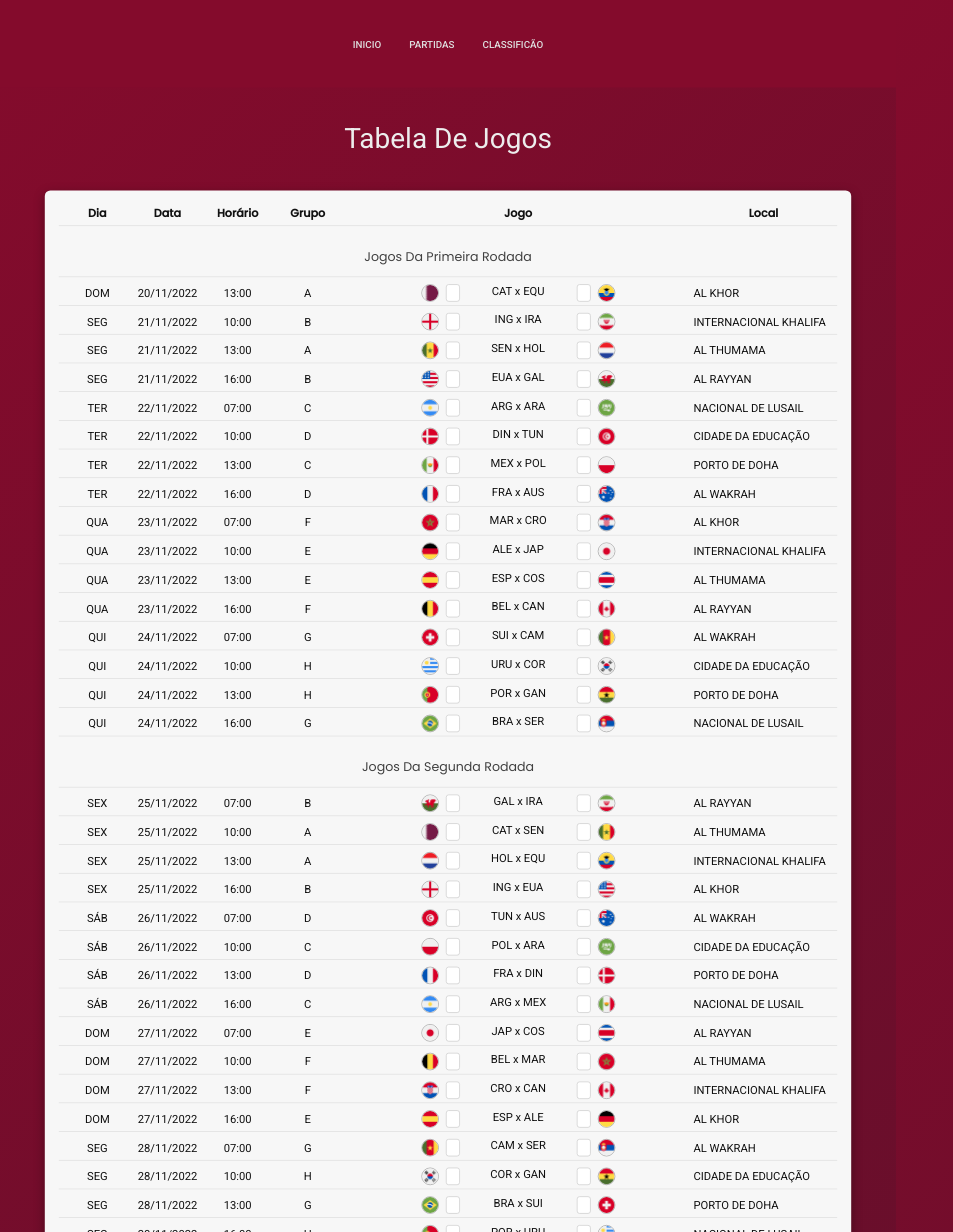
Repository: mayconndouglass/cup-simulator
Page: index.html
The author's editor kept a copy of each file at every save. The page is drawn from the files as they stood at one save, then again after the next save.
The browser window is 1280 px wide. The page is 1362 px wide, then 1280 px, so the pictures cover 1362 px, including what lies to the right of the window. The pictures show the part of the page from y = 0 to 1760 px (the page is 6091 px tall before and 720 px after), at 70% of full size.

Above is the page before, as saved 2023-01-10 08:46:08.

### index.html
<!DOCTYPE html>
<html lang="pt-br">

<head>
  <meta charset="UTF-8">
  <meta http-equiv="X-UA-Compatible" content="IE=edge">
  <meta name="viewport" content="width=device-width, initial-scale=1.0">
  <link rel="stylesheet" href="./css/initial_page.css">
  <link rel="stylesheet" href="./css/style.css">
  <title>Copa Do Mundo</title>
</head>

<body>
  <header>
    <nav>
      <span class="hamburguer"></span>
      <ul id="menu">
        <li><a href="./initial_page.html">INICIO</a></li>
        <li><a href="./index.html">PARTIDAS</a></li>
        <li><a>CLASSIFICÃO</a></li>
      </ul>
    </nav>
  </header>

  <section class="container-table">
    <h2 id="title-table">Tabela De Jogos</h2>

    <section class="table-games">
      <div class="game title">
        <span>Dia</span>
        <span>Data</span>
        <span>Horário</span>
        <span>Grupo</span>
        <div class="confrontation">
          <span></span>
          <span>Jogo</span>
          <span></span>

        </div>
        <span>Local</span>
      </div>
      <h3>Jogos Da Primeira Rodada</h3>
    </section>
  </section>

  <section class="container-classification">
    <h2 id="title-table">Classificação</h2>

    <section class="classification">
      <div id="1" class="table-classification">
        <h3>Grupo A</h3>
        <div class="teams-classification  head-classi">
          <span class="first-line equipe">Equipe</span>
          <span class="points">PTS</span>
          <span>PJ</span>
          <span>VIT</span>
          <span>E</span>
          <span>DER</span>
          <span>GM</span>
          <span>GC</span>
          <span>SG</span>
        </div>
      </div>

      <div id="2" class="table-classification">
        <h3>Grupo B</h3>
        <div class="teams-classification  head-classi">
          <span class="first-line equipe">Equipe</span>
          <span class="points">PTS</span>
          <span>PJ</span>
          <span>VIT</span>
          <span>E</span>
          <span>DER</span>
          <span>GM</span>
          <span>GC</span>
          <span>SG</span>
        </div>
      </div>

      <div id="3" class="table-classification ">
        <h3>Grupo C</h3>
        <div class="teams-classification  head-classi">
          <span class="first-line equipe">Equipe</span>
          <span class="points">PTS</span>
          <span>PJ</span>
          <span>VIT</span>
          <span>E</span>
          <span>DER</span>
          <span>GM</span>
          <span>GC</span>
          <span>SG</span>
        </div>
      </div>

      <div id="4" class="table-classification ">
        <h3>Grupo D</h3>
        <div class="teams-classification  head-classi">
          <span class="first-line equipe">Equipe</span>
          <span class="points">PTS</span>
          <span>PJ</span>
          <span>VIT</span>
          <span>E</span>
          <span>DER</span>
          <span>GM</span>
          <span>GC</span>
          <span>SG</span>
        </div>
      </div>

      <div id="5" class="table-classification ">
        <h3>Grupo E</h3>
        <div class="teams-classification  head-classi">
          <span class="first-line equipe">Equipe</span>
          <span class="points">PTS</span>
          <span>PJ</span>
          <span>VIT</span>
          <span>E</span>
          <span>DER</span>
          <span>GM</span>
          <span>GC</span>
          <span>SG</span>
        </div>
      </div>

      <div id="6" class="table-classification ">
        <h3>Grupo F</h3>
        <div class="teams-classification  head-classi">
          <span class="first-line equipe">Equipe</span>
          <span class="points">PTS</span>
          <span>PJ</span>
          <span>VIT</span>
          <span>E</span>
          <span>DER</span>
          <span>GM</span>
          <span>GC</span>
          <span>SG</span>
        </div>
      </div>

      <div id="7" class="table-classification ">
        <h3>Grupo G</h3>
        <div class="teams-classification  head-classi">
          <span class="first-line equipe">Equipe</span>
          <span class="points">PTS</span>
          <span>PJ</span>
          <span>VIT</span>
          <span>E</span>
          <span>DER</span>
          <span>GM</span>
          <span>GC</span>
          <span>SG</span>
        </div>
      </div>

      <div id="8" class="table-classification ">
        <h3>Grupo H</h3>
        <div class="teams-classification  head-classi">
          <span class="first-line equipe">Equipe</span>
          <span class="points">PTS</span>
          <span>PJ</span>
          <span>VIT</span>
          <span>E</span>
          <span>DER</span>
          <span>GM</span>
          <span>GC</span>
          <span>SG</span>
        </div>
      </div>
    </section>
  </section>

  <section class="container-qualifiers">
    <h2 id="title-table">Eliminatórias</h2>

    <section class="octaves-container">
      <div class="decorative-title">
        <img class="left" src="./imgdeco/decorative2.png" alt="">
        <h5>Oitavas De Finais</h5>
        <img class="right" src="./imgdeco/decorative2.png" alt="">
      </div>

      <section class="qualifiers" data-order="1">
        <div>
          <div class="title-qualifiers">
            <h4>Oitavas 1</h4>
          </div>
          <div class="date-qualifiers">
            <span class="person">SÁB</span>
            <span>04/12/20022</span>
            <span class="person">12:00</span>
          </div>
        </div>
        <div class="qualifier-match">
          <span class="qualifier-team-one" style="display: flex;" data-flag="1"></span>
          <span><input type="number" data-octave="1"></span>
          <span class="penalti hiddenFields"><input type="number" data-penalty="1"></span>
          <span data-elimination="1" data-confronOctave="1">A1 x B2</span>
          <span class="penalti hiddenFields"><input type="number" data-penalty="1"></span>
          <span><input type="number" data-octave="1"></span>
          <span clas="qualifier-team-two" style="display: flex;" data-flag="1"></span>
        </div>
        <span class="message hidden" data-message="1">Penalidades não podem terminar empatadas</span>
        <div class="qualifier-local">INTERNACIONAL KHALIFA</div>
      </section>

      <section class="qualifiers" data-order="3">
        <div>
          <div class="title-qualifiers">
            <h4>Oitavas 2</h4>
          </div>
          <div class="date-qualifiers">
            <span class="person">SÁB</span>
            <span>03/12/20022</span>
            <span class="person">16:00</span>
          </div>
        </div>
        <div class="qualifier-match">
          <span class="qualifier-team-one" style="display: flex;" data-flag="3"></span>
          <span><input type="number" data-octave="2"></span>
          <span class="penalti hiddenFields"><input type="number" data-penalty="2"></span>
          <span data-elimination="3" data-confronOctave="2">C1 x D2</span>
          <span class="penalti hiddenFields"><input type="number" data-penalty="2"></span>
          <span><input type="number" data-octave="2"></span>
          <span clas="qualifier-team-two" style="display: flex;" data-flag="3"></span>
        </div>
        <span class="message hidden" data-message="2">Penalidades não podem terminar empatadas</span>
        <div class="qualifier-local">AL RAYYAN</div>
      </section>

      <section class="qualifiers" data-order="4">
        <div>
          <div class="title-qualifiers">
            <h4>Oitavas 3</h4>
          </div>
          <div class="date-qualifiers">
            <span class="person">DOM</span>
            <span>04/12/20022</span>
            <span class="person">12:00</span>
          </div>
        </div>
        <div class="qualifier-match">
          <span class="qualifier-team-one" style="display: flex;" data-flag="4"></span>
          <span><input type="number" data-octave="3"></span>
          <span class="penalti hiddenFields"><input type="number" data-penalty="3"></span>
          <span data-elimination="4" data-confronOctave="3">D1 x C2</span>
          <span class="penalti hiddenFields"><input type="number" data-penalty="3"></span>
          <span><input type="number" data-octave="3"></span>
          <span clas="qualifier-team-two" style="display: flex;" data-flag="4"></span>
        </div>
        <span class="message hidden" data-message="3">Penalidades não podem terminar empatadas</span>
        <div class="qualifier-local">AL THUMAMA</div>
      </section>

      <section class="qualifiers" data-order="2">
        <div>
          <div class="title-qualifiers">
            <h4>Oitavas 4</h4>
          </div>
          <div class="date-qualifiers">
            <span class="person">DOM</span>
            <span>04/12/20022</span>
            <span class="person">16:00</span>
          </div>
        </div>
        <div class="qualifier-match">
          <span class="qualifier-team-one" style="display: flex;" data-flag="2"></span>
          <span><input type="number" data-octave="4"></span>
          <span class="penalti hiddenFields"><input type="number" data-penalty="4"></span>
          <span data-elimination="2" data-confronOctave="4">B1 x A2</span>
          <span class="penalti hiddenFields"><input type="number" data-penalty="4"></span>
          <span><input type="number" data-octave="4"></span>
          <span clas="qualifier-team-two" style="display: flex;" data-flag="2"></span>
        </div>
        <span class="message hidden" data-message="4">Penalidades não podem terminar empatadas</span>
        <div class="qualifier-local">AL BAYT</div>
      </section>

      <section class="qualifiers" data-order="5">
        <div>
          <div class="title-qualifiers">
            <h4>Oitavas 5</h4>
          </div>
          <div class="date-qualifiers">
            <span class="person">SEG</span>
            <span>05/12/20022</span>
            <span class="person">12:00</span>
          </div>
        </div>
        <div class="qualifier-match">
          <span class="qualifier-team-one" style="display: flex;" data-flag="5"></span>
          <span><input type="number" data-octave="5"></span>
          <span class="penalti hiddenFields"><input type="number" data-penalty="5"></span>
          <span data-elimination="5" data-confronOctave="5">E1 x F2</span>
          <span class="penalti hiddenFields"><input type="number" data-penalty="5"></span>
          <span><input type="number" data-octave="5"></span>
          <span clas="qualifier-team-two" style="display: flex;" data-flag="5"></span>
        </div>
        <span class="message hidden" data-message="5">Penalidades não podem terminar empatadas</span>
        <div class="qualifier-local">AL JANOUB</div>
      </section>

      <section class="qualifiers" data-order="7">
        <div>
          <div class="title-qualifiers">
            <h4>Oitavas 6</h4>
          </div>
          <div class="date-qualifiers">
            <span class="person">SEG</span>
            <span>05/12/20022</span>
            <span class="person">16:00</span>
          </div>
        </div>
        <div class="qualifier-match">
          <span class="qualifier-team-one" style="display: flex;" data-flag="7"></span>
          <span><input type="number" data-octave="6"></span>
          <span class="penalti hiddenFields"><input type="number" data-penalty="6"></span>
          <span data-elimination="7" data-confronOctave="6">G1 x H2</span>
          <span class="penalti hiddenFields"><input type="number" data-penalty="6"></span>
          <span><input type="number" data-octave="6"></span>
          <span clas="qualifier-team-two" style="display: flex;" data-flag="7"></span>
        </div>
        <span class="message hidden" data-message="6">Penalidades não podem terminar empatadas</span>
        <div class="qualifier-local">STADIUM 974</div>
      </section>

      <section class="qualifiers" data-order="6">
        <div>
          <div class="title-qualifiers">
            <h4>Oitavas 7</h4>
          </div>
          <div class="date-qualifiers">
            <span class="person">TER</span>
            <span>06/12/20022</span>
            <span class="person">12:00</span>
          </div>
        </div>
        <div class="qualifier-match">
          <span class="qualifier-team-one" style="display: flex;" data-flag="6"></span>
          <span><input type="number" data-octave="7"></span>
          <span class="penalti hiddenFields"><input type="number" data-penalty="7"></span>
          <span data-elimination="6" data-confronOctave="7">F1 x E2</span>
          <span class="penalti hiddenFields"><input type="number" data-penalty="7"></span>
          <span><input type="number" data-octave="7"></span>
          <span clas="qualifier-team-two" style="display: flex;" data-flag="6"></span>
        </div>
        <span class="message hidden" data-message="7">Penalidades não podem terminar empatadas</span>
        <div class="qualifier-local">CIDADE DA EDUCAÇÃOS</div>
      </section>

      <section class="qualifiers" data-order="8">
        <div>
          <div class="title-qualifiers">
            <h4>Oitavas 8</h4>
          </div>
          <div class="date-qualifiers">
            <span class="person">TER</span>
            <span>06/12/20022</span>
            <span class="person">16:00</span>
          </div>
        </div>
        <div class="qualifier-match">
          <span class="qualifier-team-one" style="display: flex;" data-flag="8"></span>
          <span><input type="number" data-octave="8"></span>
          <span class="penalti hiddenFields"><input type="number" data-penalty="8"></span>
          <span data-elimination="8" data-confronOctave="8">H1 x G2</span>
          <span class="penalti hiddenFields"><input type="number" data-penalty="8"></span>
          <span><input type="number" data-octave="8"></span>
          <span clas="qualifier-team-two" style="display: flex;" data-flag="8"></span>
        </div>
        <span class="message hidden" data-message="8">Penalidades não podem terminar empatadas</span>
        <div class="qualifier-local">NACIONAL LUSAIL</div>
      </section>

      <div class="green-right">
        <img src="./imgdeco/campo.png" alt="">
      </div>
    </section>

    <section class="quarterfinals">
      <div class="decorative-title">
        <img class="left" src="./imgdeco/decorative2.png" alt="">
        <h5>Quartas De Finais</h5>
        <img class="right" src="./imgdeco/decorative2.png" alt="">
      </div>

      <section class="qualifiers">
        <div>
          <div class="title-qualifiers">
            <h4>Quartas 1</h4>
          </div>
          <div class="date-qualifiers">
            <span class="person">SEX</span>
            <span>09/12/20022</span>
            <span class="person">12:00</span>
          </div>
        </div>
        <div class="qualifier-match">
          <span class="qualifier-team-one" data-flag="3" style="display: flex;"></span>
          <span><input type="number" data-quarterfinalresult="1"></span>
          <span class="penalti hiddenFields"><input type="number" data-penalty="1"></span>
          <span data-orderQuarterfinals="3" data-quarterfinal="4" data-confron="1">OIT5 x OIT6</span>
          <span class="penalti hiddenFields"><input type="number" data-penalty="1"></span>
          <span><input type="number" data-quarterfinalresult="1"></span>
          <span clas="qualifier-team-two" data-flag="3" style="display: flex;"></span>
        </div>
        <span class="message hidden" data-message="1">Penalidades não podem terminar empatadas</span>
        <div class="qualifier-local">CIDADE DA EDUCAÇÃO</div>
      </section>

      <section class="qualifiers">
        <div>
          <div class="title-qualifiers">
            <h4>Quartas 2</h4>
          </div>
          <div class="date-qualifiers">
            <span class="person">SEX</span>
            <span>09/12/20022</span>
            <span class="person">16:00</span>
          </div>
        </div>
        <div class="qualifier-match">
          <span class="qualifier-team-one" data-flag="1" style="display: flex;"></span>
          <span><input type="number" data-quarterfinalresult="2"></span>
          <span class="penalti hiddenFields"><input type="number" data-penalty="2"></span>
          <span data-orderQuarterfinals="1" data-quarterfinal="3" data-confron="2">OIT1 x OIT2</span>
          <span class="penalti hiddenFields"><input type="number" data-penalty="2"></span>
          <span><input type="number" data-quarterfinalresult="2"></span>
          <span clas="qualifier-team-two" data-flag="1" style="display: flex;"></span>
        </div>
        <span class="message hidden" data-message="2">Penalidades não podem terminar empatadas</span>
        <div class="qualifier-local">NACIONAL DE LUSAIL</div>
      </section>

      <section class="qualifiers">
        <div>
          <div class="title-qualifiers">
            <h4>Quartas 3</h4>
          </div>
          <div class="date-qualifiers">
            <span class="person">SÁB</span>
            <span>10/12/20022</span>
            <span class="person">12:00</span>
          </div>
        </div>
        <div class="qualifier-match">
          <span class="qualifier-team-one" data-flag="2" style="display: flex;"></span>
          <span><input type="number" data-quarterfinalresult="3"></span>
          <span class="penalti hiddenFields"><input type="number" data-penalty="3"></span>
          <span data-orderQuarterfinals="2" data-quarterfinal="1" data-confron="3">OIT7 x OIT8</span>
          <span class="penalti hiddenFields"><input type="number" data-penalty="3"></span>
          <span><input type="number" data-quarterfinalresult="3"></span>
          <span clas="qualifier-team-two" data-flag="2" style="display: flex;"></span>
        </div>
        <span class="message hidden" data-message="3">Penalidades não podem terminar empatadas</span>
        <div class="qualifier-local">AL THUMAMA</div>
      </section>

      <section class="qualifiers">
        <div>
          <div class="title-qualifiers">
            <h4>Quartas 4</h4>
          </div>
          <div class="date-qualifiers">
            <span class="person">SÁB</span>
            <span>10/12/20022</span>
            <span class="person">16:00</span>
          </div>
        </div>
        <div class="qualifier-match">
          <span class="qualifier-team-one" data-flag="4" style="display: flex;"></span>
          <span><input type="number" data-quarterfinalresult="4"></span>
          <span class="penalti hiddenFields"><input type="number" data-penalty="4"></span>
          <span data-orderQuarterfinals="4" data-quarterfinal="2" data-confron="4">OIT3 x OIT4</span>
          <span class="penalti hiddenFields"><input type="number" data-penalty="4"></span>
          <span><input type="number" data-quarterfinalresult="4"></span>
          <span clas="qualifier-team-two" data-flag="4" style="display: flex;"></span>
        </div>
        <span class="message hidden" data-message="4">Penalidades não podem terminar empatadas</span>
        <div class="qualifier-local">AL KHOR</div>
      </section>

      <div class="green-right">
        <img src="./imgdeco/campo.png" alt="">
      </div>
    </section>

    <section class="semifinals">
      <div class="decorative-title">
        <img class="left" src="./imgdeco/decorative2.png" alt="">
        <h5>Semifinais</h5>
        <img class="right" src="./imgdeco/decorative2.png" alt="">
      </div>

      <section class="qualifiers semi1">
        <div>
          <div class="title-qualifiers">
            <h4>Semifinal 1</h4>
          </div>
          <div class="date-qualifiers">
            <span class="person">TER</span>
            <span>13/12/20022</span>
            <span class="person">16:00</span>
          </div>
        </div>
        <div class="qualifier-match">
          <span class="qualifier-team-one" data-flag="1" style="display: flex;"></span>
          <span><input type="number" data-semifinalresult="1"></span>
          <span class="penalti hiddenFields"><input type="number" data-penalty="1"></span>
          <span data-orderSemifinals="1" data-confron="1">QUA1 x QUA2</span>
          <span class="penalti hiddenFields"><input type="number" data-penalty="1"></span>
          <span><input type="number" data-semifinalresult="1"></span>
          <span clas="qualifier-team-two" data-flag="1" style="display: flex;"></span>
        </div>
        <span class="message hidden" data-message="1">Penalidades não podem terminar empatadas</span>
        <div class="qualifier-local">NACIONAL LUSAIL</div>
      </section>

      <section class="taca">
        <img src="./imgdeco/taca.png" alt="Taça">
      </section>

      <section class="qualifiers semi2">
        <div>
          <div class="title-qualifiers">
            <h4>Semifinal 2</h4>
          </div>
          <div class="date-qualifiers">
            <span class="person">QUA</span>
            <span>14/12/20022</span>
            <span class="person">16:00</span>
          </div>
        </div>
        <div class="qualifier-match">
          <span class="qualifier-team-one" data-flag="2" style="display: flex;"></span>
          <span><input type="number" data-semifinalresult="2"></span>
          <span class="penalti hiddenFields"><input type="number" data-penalty="2"></span>
          <span data-orderSemifinals="2" data-confron="2">QUA3 x QUA4</span>
          <span class="penalti hiddenFields"><input type="number" data-penalty="2"></span>
          <span><input type="number" data-semifinalresult="2"></span>
          <span clas="qualifier-team-two" data-flag="2" style="display: flex;"></span>
        </div>
        <span class="message hidden" data-message="2">Penalidades não podem terminar empatadas</span>
        <div class="qualifier-local">AL BAYT</div>
      </section>

      <div class="green-right">
        <img src="./imgdeco/campo.png" alt="">
      </div>
    </section>

    <section class="finals">
      <div class="decorative-title">
        <img class="left" src="./imgdeco/decorative2.png" alt="">
        <h5>Finais</h5>
        <img class="right" src="./imgdeco/decorative2.png" alt="">
      </div>

      <section class="qualifiers semi1">
        <div>
          <div class="title-qualifiers">
            <h4>Terceiro Lugar</h4>
          </div>
          <div class="date-qualifiers">
            <span class="person">SAB</span>
            <span>17/12/20022</span>
            <span class="person">12:00</span>
          </div>
        </div>
        <div class="qualifier-match">
          <span class="qualifier-team-one" data-flag="2" style="display: flex;"></span>
          <span><input type="number" data-finalresult="1"></span>
          <span class="penalti hiddenFields"><input type="number" data-penalty="1"></span>
          <span data-orderFinals="2" data-confron="1">PSEM1 x PSEM2</span>
          <span class="penalti hiddenFields"><input type="number" data-penalty="1"></span>
          <span><input type="number" data-finalresult="1"></span>
          <span clas="qualifier-team-two" data-flag="2" style="display: flex;"></span>
        </div>
        <span class="message hidden" data-message="1">Penalidades não podem terminar empatadas</span>
        <div class="qualifier-local">KHALIFA INTERNACIONAL</div>
      </section>

      <section class="taca">
        <img src="./imgdeco/taca.png" alt="Taça">
      </section>

      <section class="qualifiers semi2">
        <div>
          <div class="title-qualifiers">
            <h4>Final</h4>
          </div>
          <div class="date-qualifiers">
            <span class="person">QUA</span>
            <span>18/12/20022</span>
            <span class="person">12:00</span>
          </div>
        </div>
        <div class="qualifier-match">
          <span class="qualifier-team-one" data-flag="1" style="display: flex;"></span>
          <span><input type="number" data-finalresult="2"></span>
          <span class="penalti hiddenFields"><input type="number" data-penalty="2"></span>
          <span data-orderFinals="1" data-confron="2">VSEM1 x VSEM2</span>
          <span class="penalti hiddenFields"><input type="number" data-penalty="2"></span>
          <span><input type="number" data-finalresult="2"></span>
          <span clas="qualifier-team-two" data-flag="1" style="display: flex;"></span>
        </div>
        <span class="message hidden" data-message="2">Penalidades não podem terminar empatadas</span>
        <div class="qualifier-local">NACIONAL LUSAIL</div>
      </section>

      <div class="green-right">
        <img src="./imgdeco/campo.png" alt="">
      </div>
    </section>
  </section>
</body>
<script src="./js/index.js" type="module"></script>

</html>

Loaded but not shown: jogos-fase1.json (674 lines, source omitted); js/load_initial_data.js (318 lines, source omitted); js/handle_play-offs.js (287 lines, source omitted); js/handle_group_matches.js (244 lines, source omitted); js/index.js (74 lines, source omitted); js/local_storage.js (63 lines, source omitted); js/utilities.js (46 lines, source omitted); css/initial_page.css (665 lines, source omitted); css/style.css (384 lines, source omitted)

After the next save:
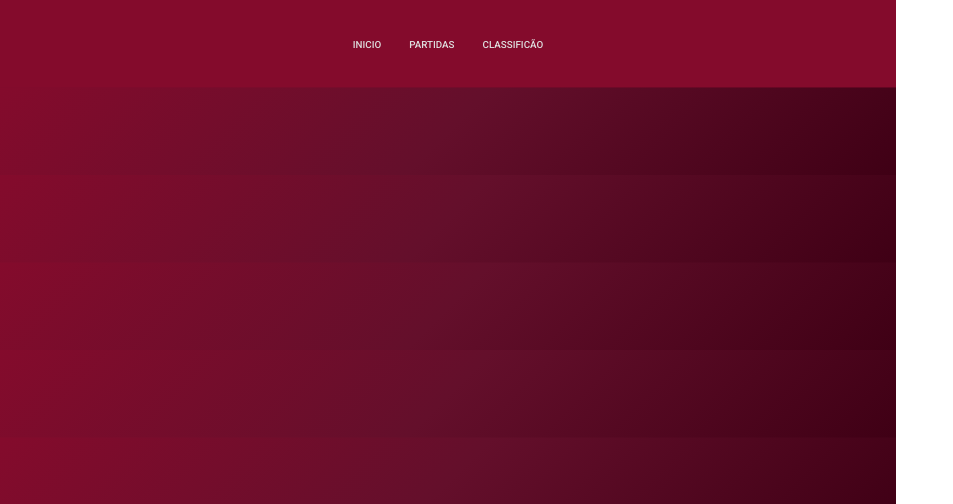
Saved 78 s later.
--- a/index.html
+++ b/index.html
@@ -22,7 +22,7 @@
     </nav>
   </header>
 
-  <section class="container-table">
+  <section class="container-table hiddenFields">
     <h2 id="title-table">Tabela De Jogos</h2>
 
     <section class="table-games">
@@ -43,7 +43,7 @@
     </section>
   </section>
 
-  <section class="container-classification">
+  <section class="container-classification hiddenFields">
     <h2 id="title-table">Classificação</h2>
 
     <section class="classification">
@@ -169,7 +169,7 @@
     </section>
   </section>
 
-  <section class="container-qualifiers">
+  <section class="container-qualifiers hiddenFields">
     <h2 id="title-table">Eliminatórias</h2>
 
     <section class="octaves-container">
